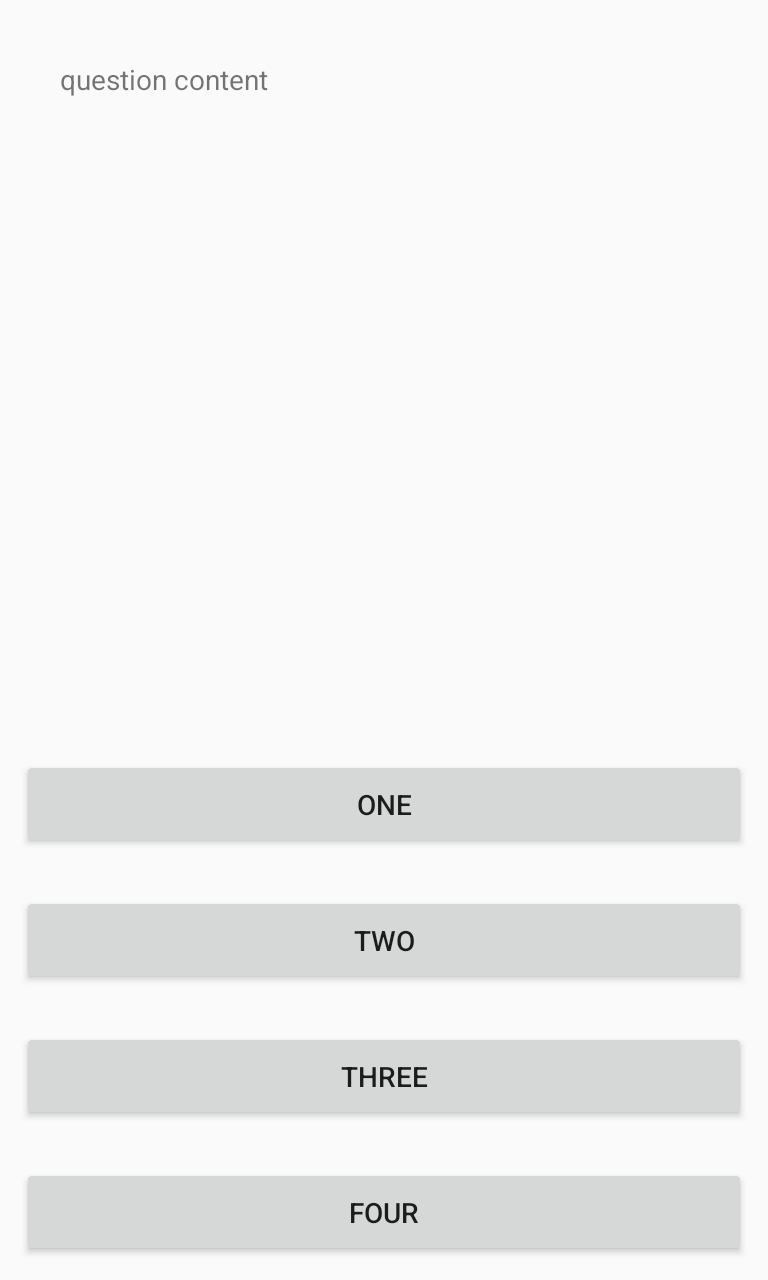
Repository: DIRONY/MinXue
Layout: MinXue/res/layout/pinyin_layout.xml
An editor plug-in stored every save of this project. The layout is shown before and after the next save, followed by the edit.
It is drawn on a 768 x 1280 px phone screen (xhdpi) without system bars, with theme AppTheme; the app's code is not run.

Above is the layout before, as saved 2014-11-19 08:44:24.

After the next save:
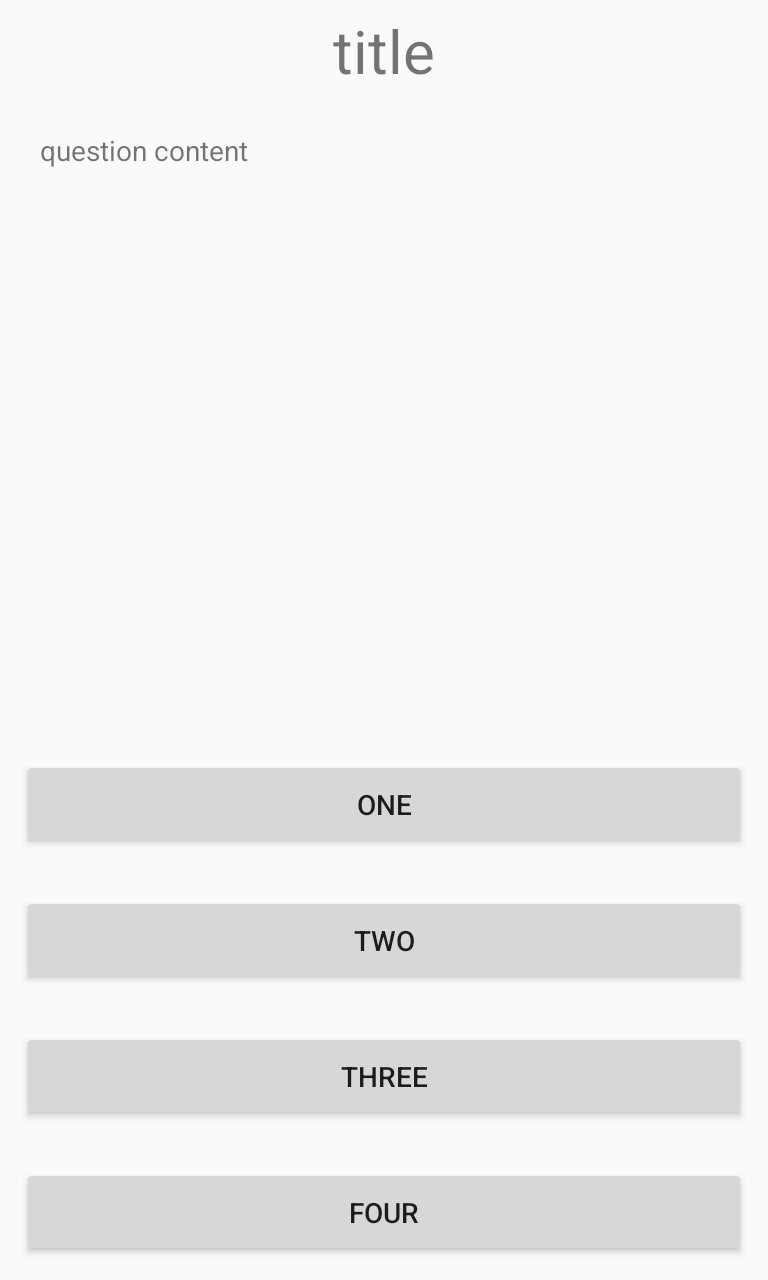
Saved 13 min 56 s later.
--- a/MinXue/res/layout/pinyin_layout.xml
+++ b/MinXue/res/layout/pinyin_layout.xml
@@ -4,10 +4,20 @@
     android:layout_width="match_parent"
     android:layout_height="match_parent"
     android:orientation="vertical" >
-
+    <TextView
+        android:id="@+id/statusview"
+        android:layout_marginTop="5dp"
+        android:layout_marginLeft="20dp"
+        android:layout_marginRight="20dp"
+        android:layout_width="match_parent"
+        android:layout_height="wrap_content"
+        android:layout_gravity="center"
+        android:textSize="30sp"
+        android:gravity="center"
+        android:text="title"/>
     <TextView
         android:id="@+id/question"
-        android:layout_margin="30dp"
+        android:layout_margin="20dp"
         android:layout_width="match_parent"
         android:layout_height="0dp"
         android:layout_weight="1"
